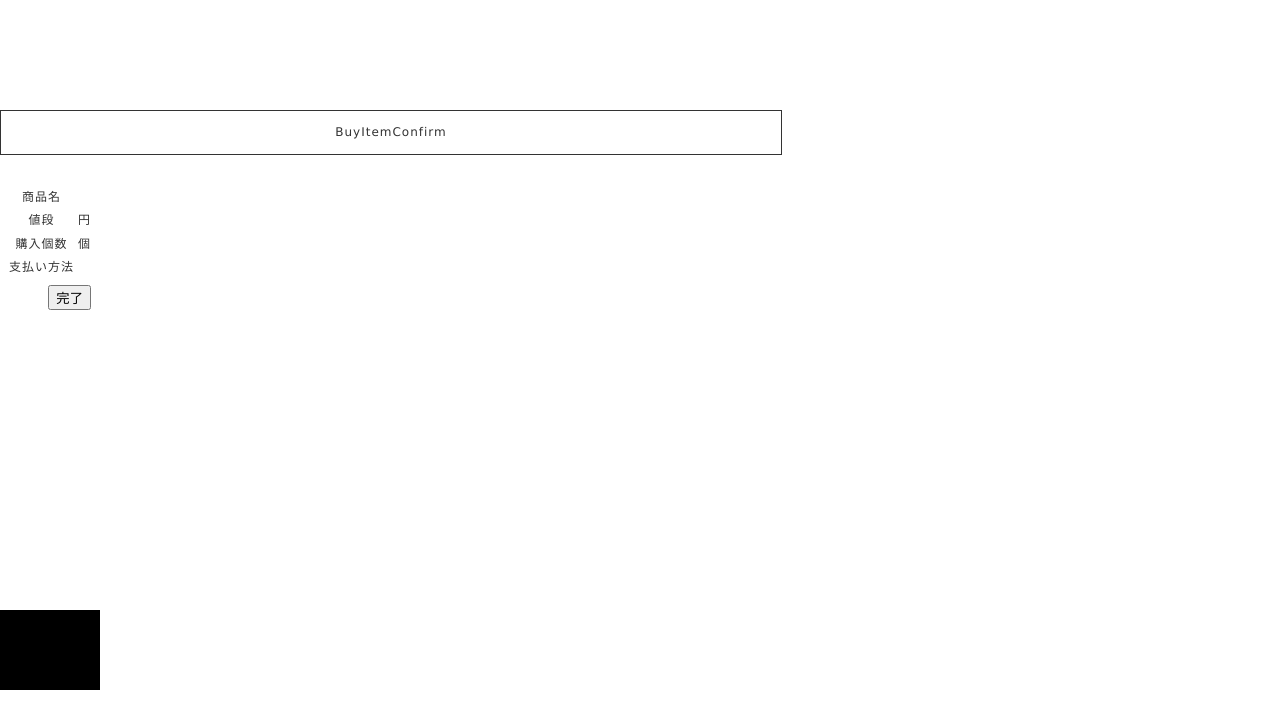
Repository: hiroki811/test
Page: http://localhost/template/buyitemConfirm.jsp
The author's editor kept a copy of each file at every save. The page is drawn from the files as they stood at one save, then again after the next save.
The browser window is 1280 px wide. The pictures show the whole page.
The page is served by Tomcat 9. Other server files are loaded and not shown.

Above is the page before, as saved 2018-04-19 07:30:08.

### template/WebContent/buyitemConfirm.jsp
<%@ page language="java" contentType="text/html; charset=UTF-8"
    pageEncoding="UTF-8"%>
<%@ taglib prefix="s" uri="/struts-tags" %>
<!DOCTYPE html>
<html>
<head>
<meta http-equiv="Content-Type" content="text/html; charset=UTF-8">
<meta http-equiv="Content-Style-Type" content="text/css"/>
<meta http-equiv="Content-Script-Type" content="text/javascript"/>
<meta http-equiv="imagetoolbar" content="no"/>
<meta name="description" content=""/>
<meta name ="keywords" content=""/>

<title>buyItemConfirm画面</title>
<style type="text/css">

/*=====================-TAG LAYOUT=========================*/

body{
    margin:0;
    padding:0;
    line-height:1.6;
    letter-spacing:1px;
    font-family:Verdana,Helvetica,sans-serif;
    font-size:12px;
    color:#333;
    background:#fff;
    }

    table{
    text-align:center;
    margin:0 auto;
    }
    /*=========================ID LAYOUT==========================*/
    #top{
    width:780px;
    margin:30px auto;
    border:1px solid #333;
    }

    #header{
    width:100%;
    height:80px;
    background-color;black;
    }

    #main{
    width:100px;
    height:500px;
    text-align:center;
    }

    #footer{
    width:100px;
    height:80px;
    background-color:black;
    clear:both;
    }
    </style>
</head>
<body>
        <div id="header">
                 <div id="pr">
                 </div>
        </div>
        <div id="main">
              <div id="top">
                         <p>BuyItemConfirm</p>
              </div>
              <div>
                         <s:form action="BuyItemConfirmAction">
                         <table>
                                 <tr>
                                          <td>商品名</td>
                                          <td><s:property value="session.buyItem_name"/></td>
                                 </tr>
                                 <tr>
                                           <td>値段</td>
                                           <td>
                                                     <s:property value="session.buyItem_price"/>
                                                                <span>円</span>
                                           </td>
                                 </tr>
                                 <tr>
                                         <td>購入個数</td>
                                         <td>
                                                   <s:property value="sesson.stock"/>
                                                                 <span>個</span>
                                         </td>
                                 </tr>
                                 <tr>
                                              <td>支払い方法</td>
                                              <td><s:property value="session.pay"/></td>
                                 </tr>
                                 <tr>
                                         <td><s:submit value="完了"/></td>
                                 </tr>
                            </table>
                            </s:form>
               </div>
       </div>
       <div id="footer">
               <div id="pr">
               </div>
       </div>

</body>
</html>

After the next save:
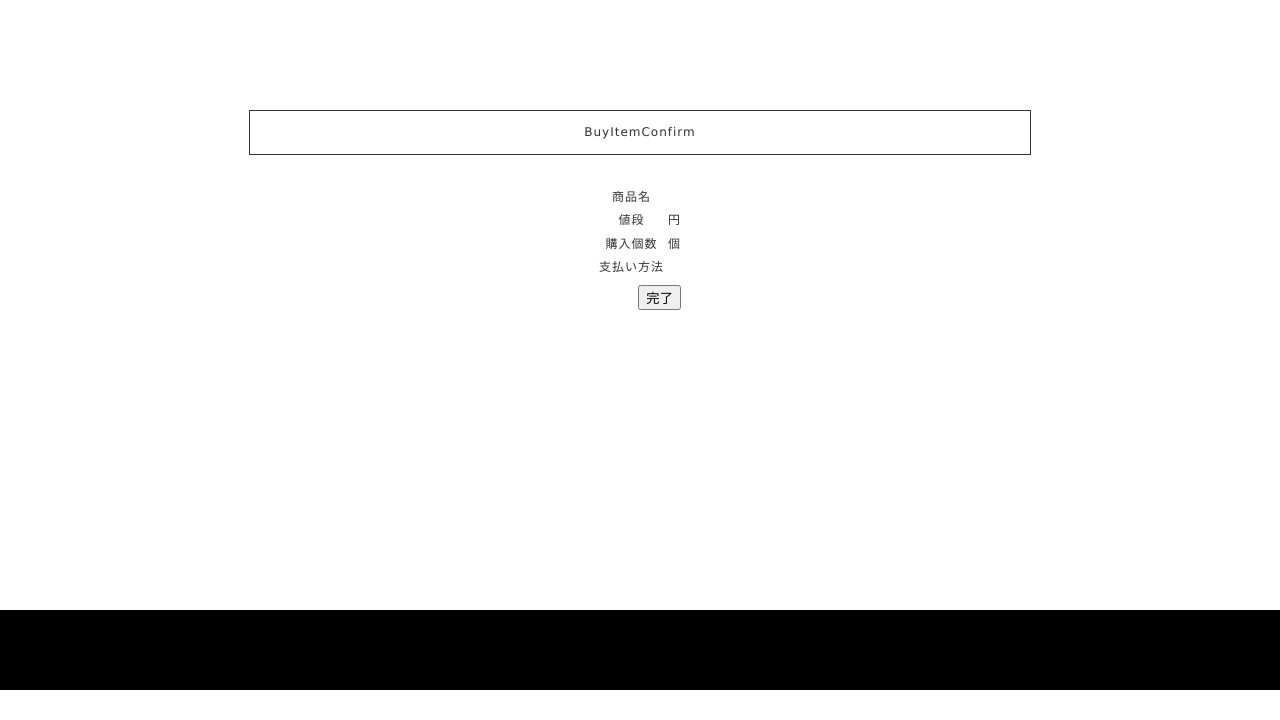
Saved 108 s later.
--- a/template/WebContent/buyitemConfirm.jsp
+++ b/template/WebContent/buyitemConfirm.jsp
@@ -45,13 +45,13 @@
     }
 
     #main{
-    width:100px;
+    width:100%;
     height:500px;
     text-align:center;
     }
 
     #footer{
-    width:100px;
+    width:100%;
     height:80px;
     background-color:black;
     clear:both;
